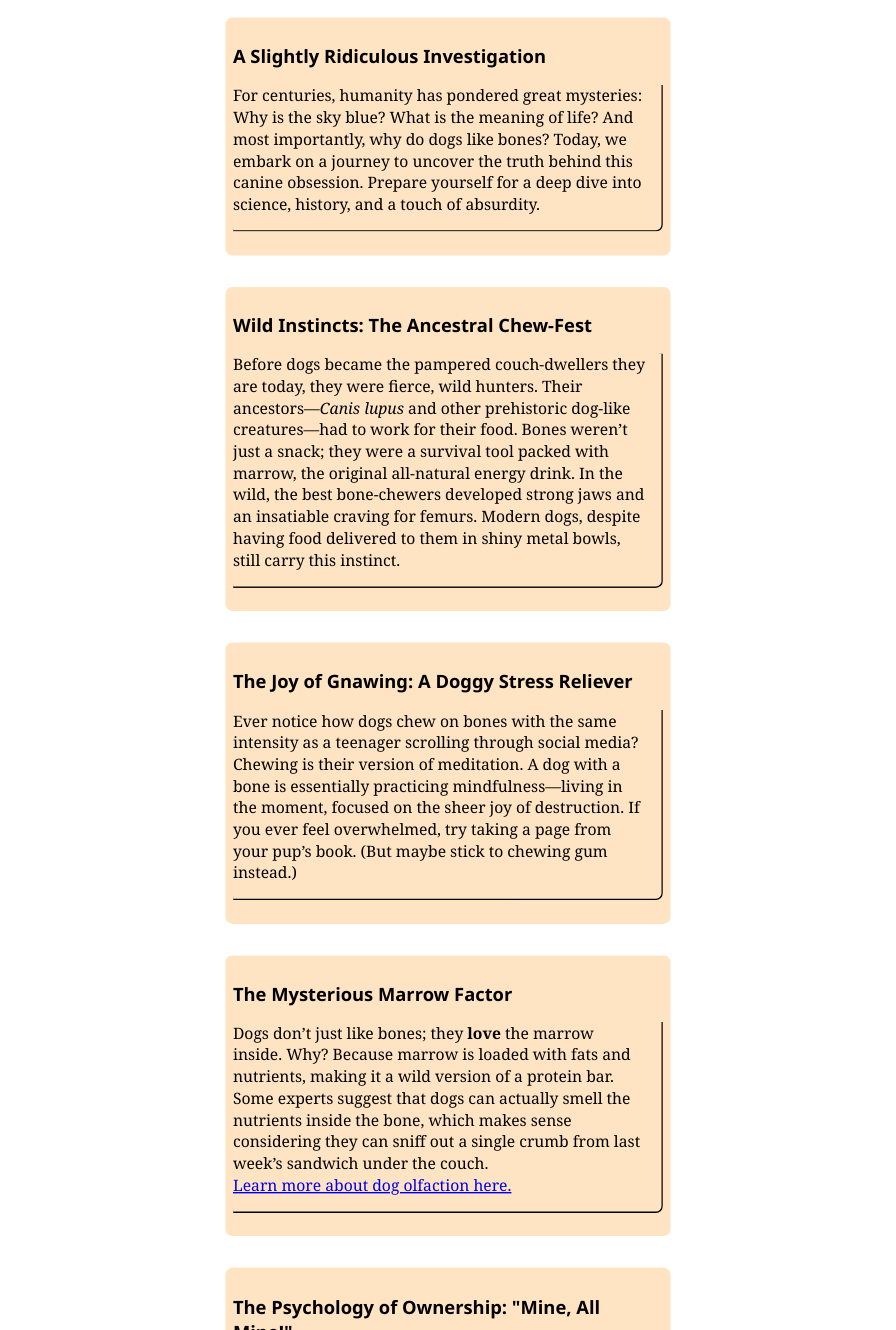
Repository: Leith-vdl/apprentice-challenge-1
Page: index.html
An editor plug-in stored every save of this project. The page is shown before and after the next save, followed by the edit.
The browser window is 1280 px wide. The pictures show the part of the page from y = 97 to 1997 px (the page is 3306 px tall before and 2742 px after), at 70% of full size.
A picture or video elsewhere on the page could not be fetched, so the positions and the page height are approximate.

Above is the page before, as saved 2025-01-31 16:38:26.

After the next save:
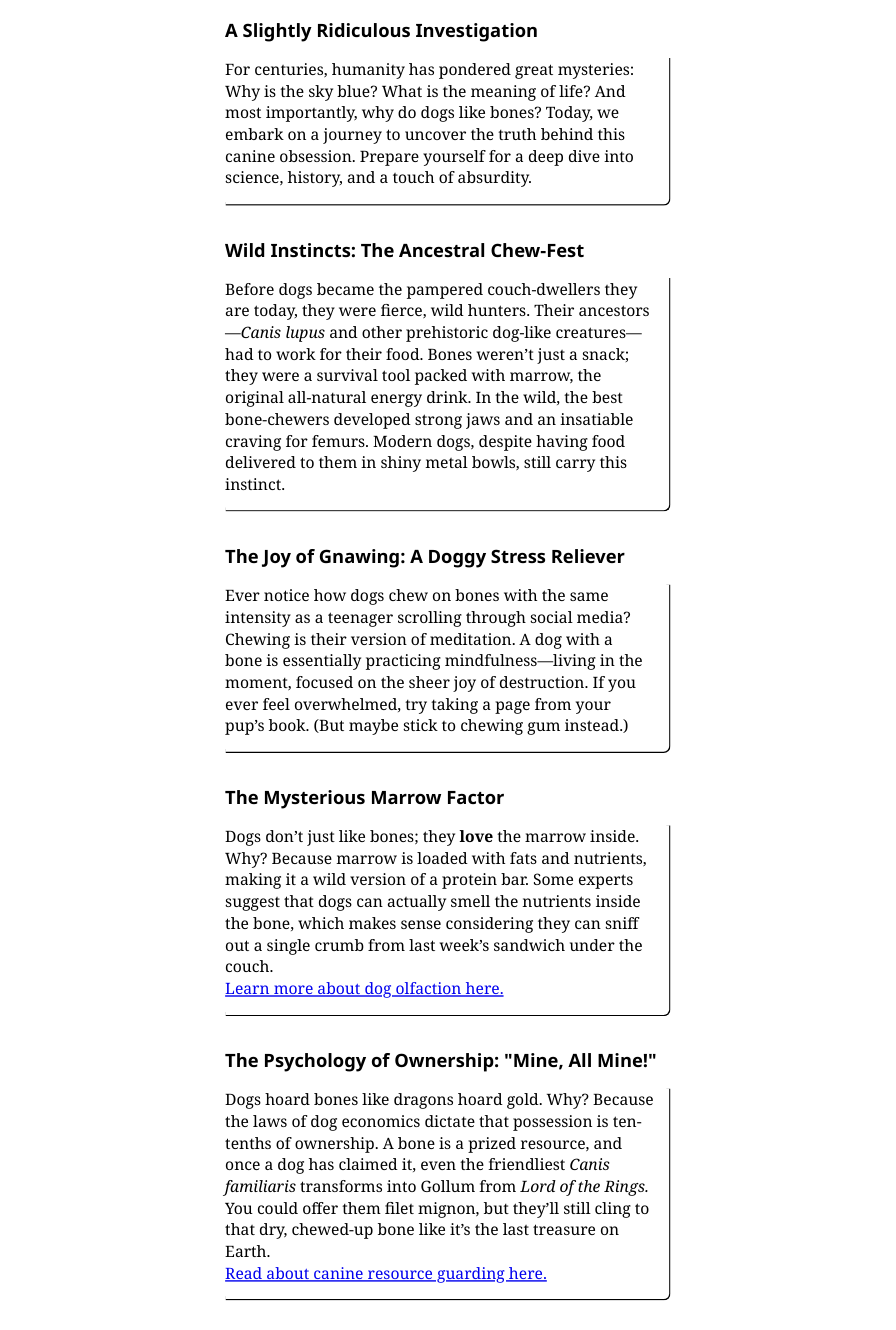
Saved 30 s later.
--- a/styles/styles.css
+++ b/styles/styles.css
@@ -26,9 +26,9 @@
 
 section.page-content-section {
     margin: 2em 0;
-    padding: 0.5em;
+    /* padding: 0.5em;
     background-color: bisque;
-    border-radius: 10px;
+    border-radius: 10px; */
 }
 
 p.section-main-text, p.section-main-text1 {

After the save that followed:
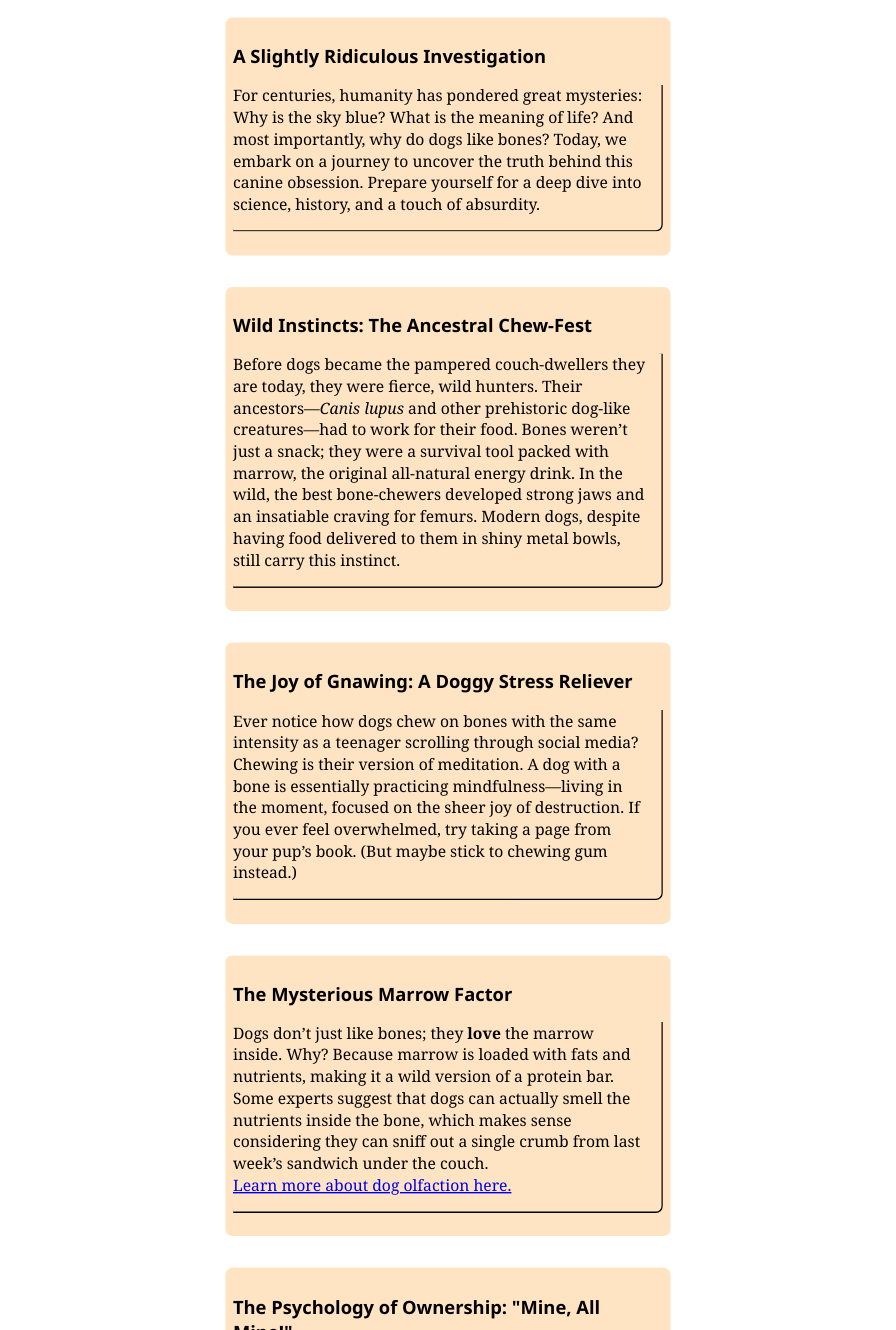
Saved 14 s later.
--- a/styles/styles.css
+++ b/styles/styles.css
@@ -26,9 +26,9 @@
 
 section.page-content-section {
     margin: 2em 0;
-    /* padding: 0.5em;
+    padding: 0.5em;
     background-color: bisque;
-    border-radius: 10px; */
+    border-radius: 10px;
 }
 
 p.section-main-text, p.section-main-text1 {
